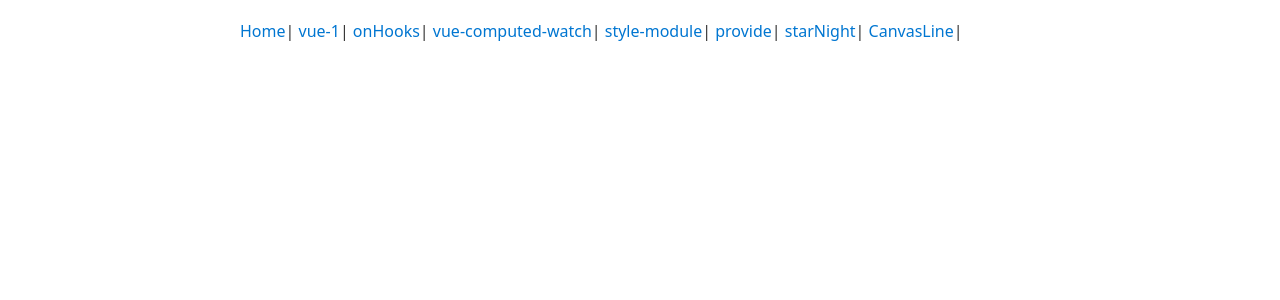
Repository: 596178924/vue3-ts-html
Page: /
An editor plug-in stored every save of this project. The page is shown before and after the next save, followed by the edit.
The browser window is 1280 px wide. The pictures show the whole page.
The project was rebuilt for these pictures with package versions that can differ from the ones it lists, and the page was loaded fresh each time. Also part of the build but not shown: vue.config.js.

Above is the page before, as saved 2022-02-15 18:06:21.

### public/index.html
<!DOCTYPE html>
<html lang="">
  <head>
    <meta charset="utf-8">
    <meta http-equiv="X-UA-Compatible" content="IE=edge">
    <meta name="viewport" content="width=device-width,initial-scale=1.0">
	<link rel="stylesheet" href="https://cdn.jsdelivr.net/npm/water.css@2/out/water.css">
    <link rel="icon" href="<%= BASE_URL %>favicon.ico">
    <title><%= htmlWebpackPlugin.options.title %></title>
  </head>
  <body>
    <noscript>
      <strong>We're sorry but <%= htmlWebpackPlugin.options.title %> doesn't work properly without JavaScript enabled. Please enable it to continue.</strong>
    </noscript>
    <div id="app"></div>
    <!-- built files will be auto injected -->
  </body>
</html>

### src/main.ts
import { createApp } from 'vue';
import App from './App.vue';
import router from './router';
// import Particles from 'particles.vue3'
import { createPinia } from 'pinia';
const app = createApp(App);
app.use(createPinia());
// app.use(Particles);
app.use(router);
app.mount('#app');

### src/App.vue
<template>
  <Nav></Nav>
  <router-view/>
</template>

<script setup lang="ts">
import Nav from "@/components/nav.vue";
</script>
<style lang="scss">

</style>

### src/router/index.ts
import { createRouter, createWebHashHistory, RouteRecordRaw } from 'vue-router';

export const routes: Array<RouteRecordRaw> = [
	{
		path: '/',
		name: 'Home',
		component: () => import('@/views/Home.vue')
	},
	{
		path: '/vue-1',
		name: 'vue-1',
		component: () => import('@/views/vue-1.vue')
	},
	{
		path: '/onHooks',
		name: 'onHooks',
		component: () => import('@/views/onHooks.vue')
	},
	{
		path: '/vue-computed-watch',
		name: 'vue-computed-watch',
		component: () => import('@/views/vue-computed-watch.vue')
	},
	{
		path: '/style-module',
		name: 'style-module',
		component: () => import('@/views/style-module.vue')
	},
	{
		path: '/provide',
		name: 'provide',
		component: () => import('@/views/provide.vue')
	},
	{
		path: '/starNight',
		name: 'starNight',
		component: () => import('@/views/starNight.vue')
	},
	{
		path: '/CanvasLine',
		name: 'CanvasLine',
		component: () => import('@/views/CanvasLine.vue')
	},

];

const router = createRouter({
	history: createWebHashHistory(),
	routes
});

export default router;

### src/components/nav.vue
<template>
    <div id="nav">
        <router-link to="/">Home</router-link>|
        <router-link to="/vue-1">vue-1</router-link>|
        <router-link to="/onHooks">onHooks</router-link>|
        <router-link to="/vue-computed-watch">vue-computed-watch</router-link>|
        <router-link to="/style-module">style-module</router-link>|
        <router-link to="/provide">provide</router-link>|
        <router-link to="/starNight">starNight</router-link>|
        <router-link to="/CanvasLine">CanvasLine</router-link>|
    </div>
</template>
<script setup lang="ts">

</script>

### src/views/Home.vue
<template>
	<vue-particles color="#dedede"></vue-particles>
</template>

<script setup lang="ts" >
// import VueParticles from "vue-particles";
</script>
<style lang="scss" scoped>
</style>

After the next save:
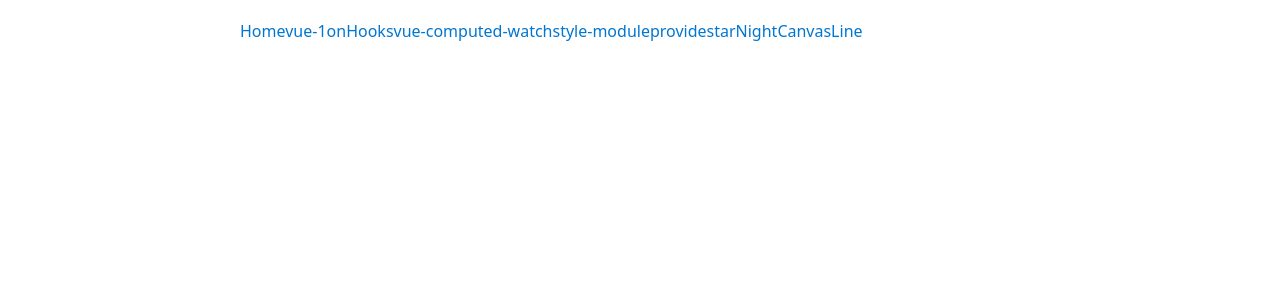
Saved 2 min 3 s later.
--- a/src/components/nav.vue
+++ b/src/components/nav.vue
@@ -1,15 +1,20 @@
 <template>
     <div id="nav">
-        <router-link to="/">Home</router-link>|
+        <!-- <router-link to="/">Home</router-link>|
         <router-link to="/vue-1">vue-1</router-link>|
         <router-link to="/onHooks">onHooks</router-link>|
         <router-link to="/vue-computed-watch">vue-computed-watch</router-link>|
         <router-link to="/style-module">style-module</router-link>|
         <router-link to="/provide">provide</router-link>|
         <router-link to="/starNight">starNight</router-link>|
-        <router-link to="/CanvasLine">CanvasLine</router-link>|
+        <router-link to="/CanvasLine">CanvasLine</router-link>| -->
+        <router-link v-for="(item, index) in navList" :key="index" :to="item.path">{{item.name}}</router-link>
     </div>
 </template>
 <script setup lang="ts">
-
+import { routes } from "@/router/index";
+const navList = routes.map((item)=>({
+    path:item.path,
+    name:item.name
+}))
 </script>
